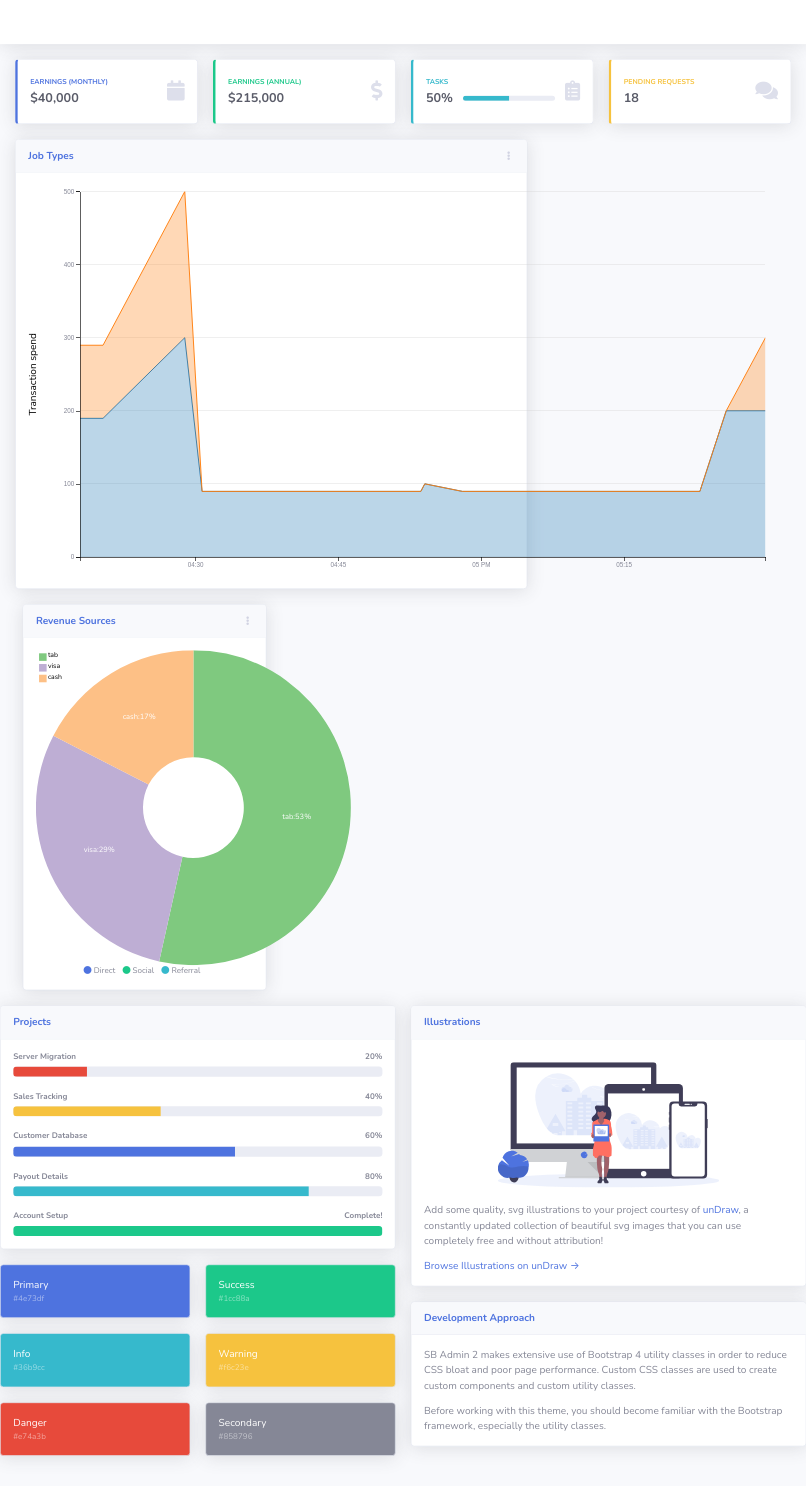
Repository: fLavery/NodeDashboard
Page: index.html
The author's editor kept a record of every edit. The page is drawn from the files as they stood at one moment, then again after the next edit.
The browser window is 1280 px wide. The pictures show the whole page, at 63% of full size.

Above is the page before.
Console error: TypeError: Cannot read properties of null (reading 'length')

After the next edit:
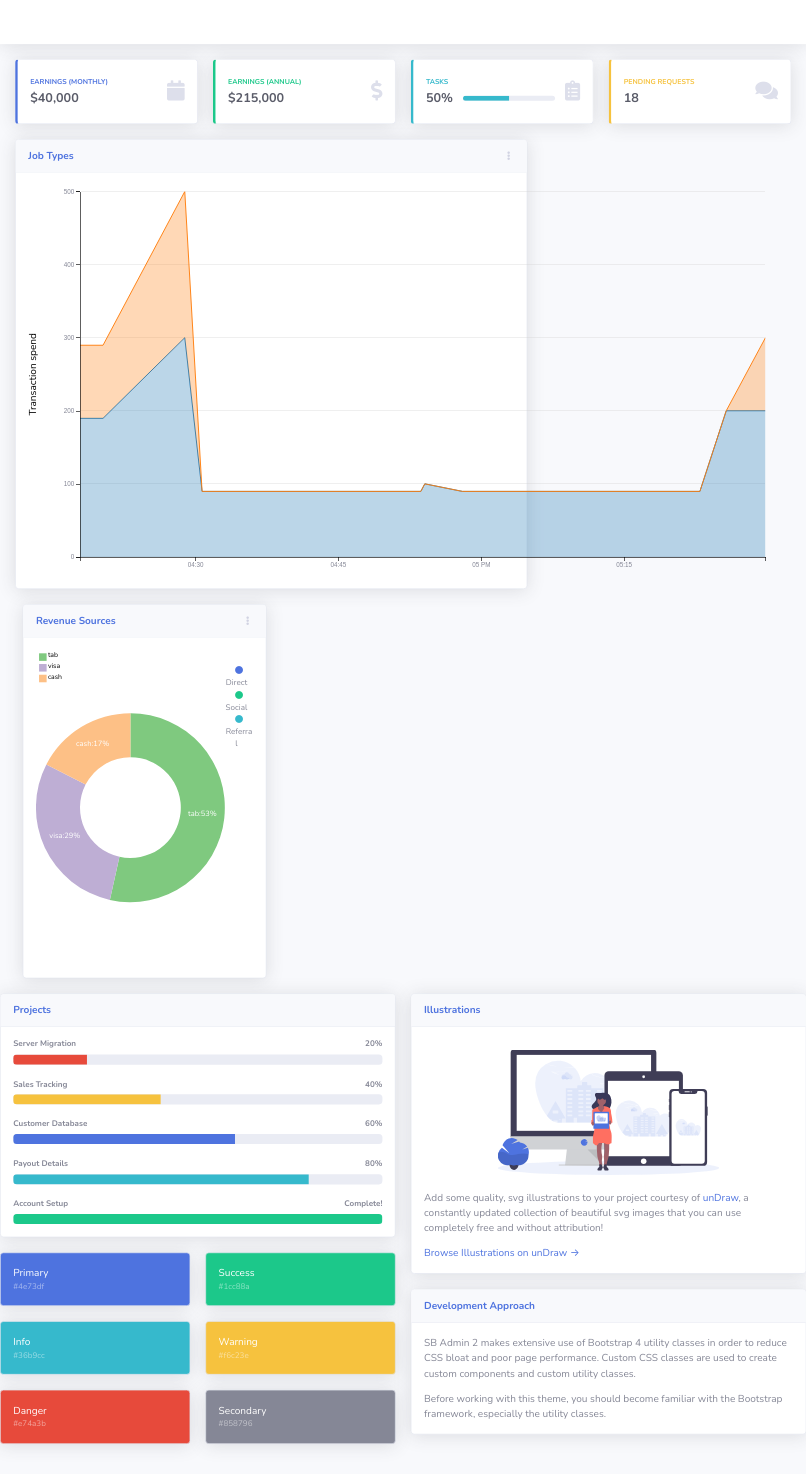
The edit:
--- a/index.html
+++ b/index.html
@@ -352,7 +352,7 @@
 
                     var pieChart = dc.pieChart("#piechart")
                       .height(500)
-                      .width(500)
+                      .width(300)
                       .radius(300) //general size of pie chart
                       .innerRadius(80) //doughnut piechart
 
